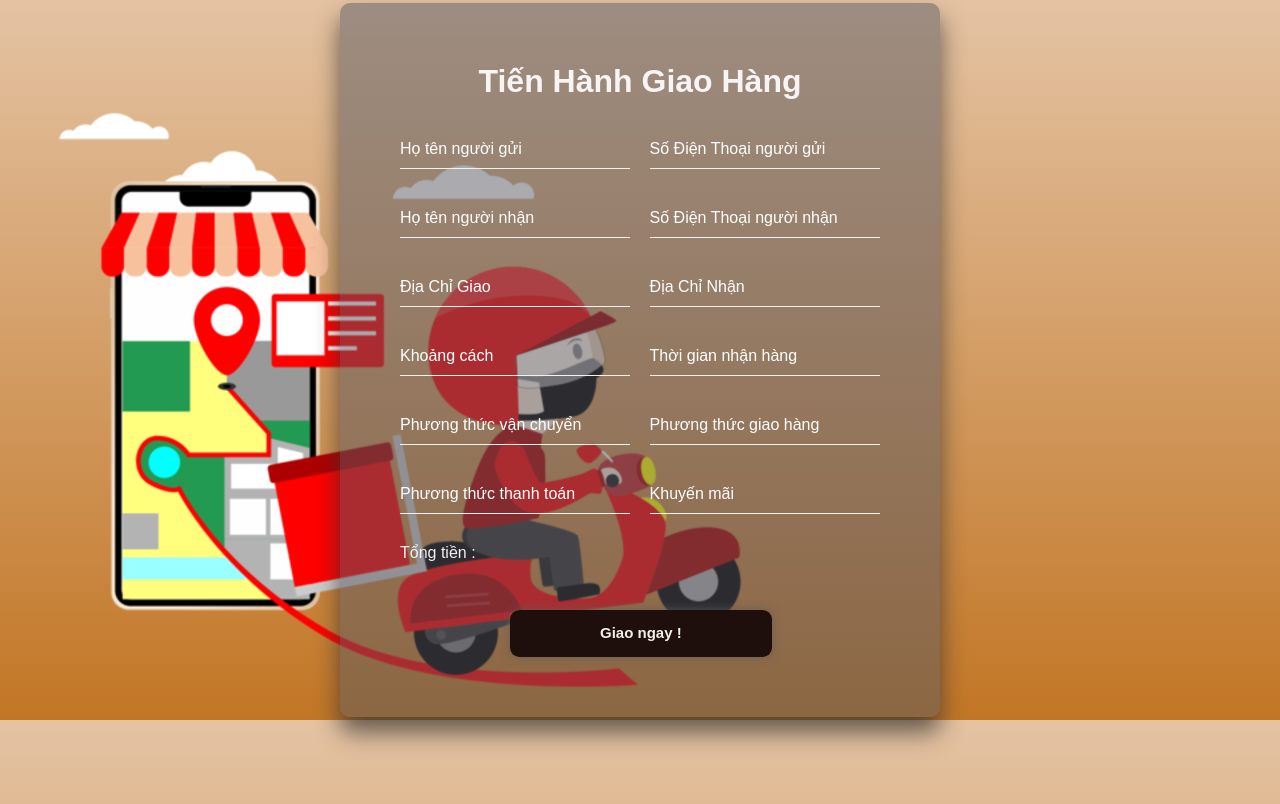
Repository: Pnguyen285/Demo
Page: Giao diện/index.html
These files come from the project's save history. The page is drawn as it stood at one moment and after the next save; the edit follows.
The browser window is 1280 px wide. The pictures show the whole page.

Above is the page before, as saved 2023-07-30 11:39:14.

After the next save:
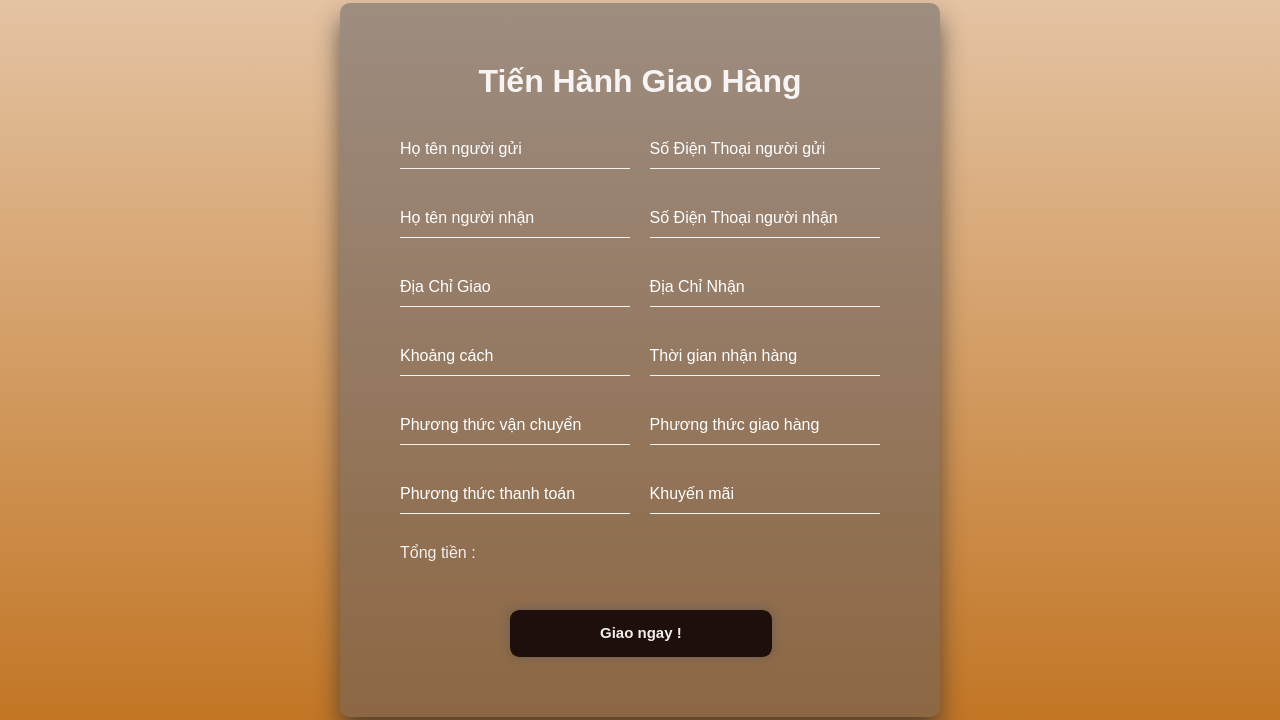
Not found: Giao diện/delivery (1).png
Saved 3 min 2 s later.
--- a/Giao diện/index.html
+++ b/Giao diện/index.html
@@ -5,7 +5,7 @@
   <meta name="viewport" content="width=device-width, initial-scale=1.0">
   <title>Document</title>
   <link rel="stylesheet" type="" href="style.css">
-  <img src="delivery.png" alt="">
+  <img src="delivery (1).png" alt="">
 </head>
 <body>
   <div class="login-box">

After the 3 saves that followed:
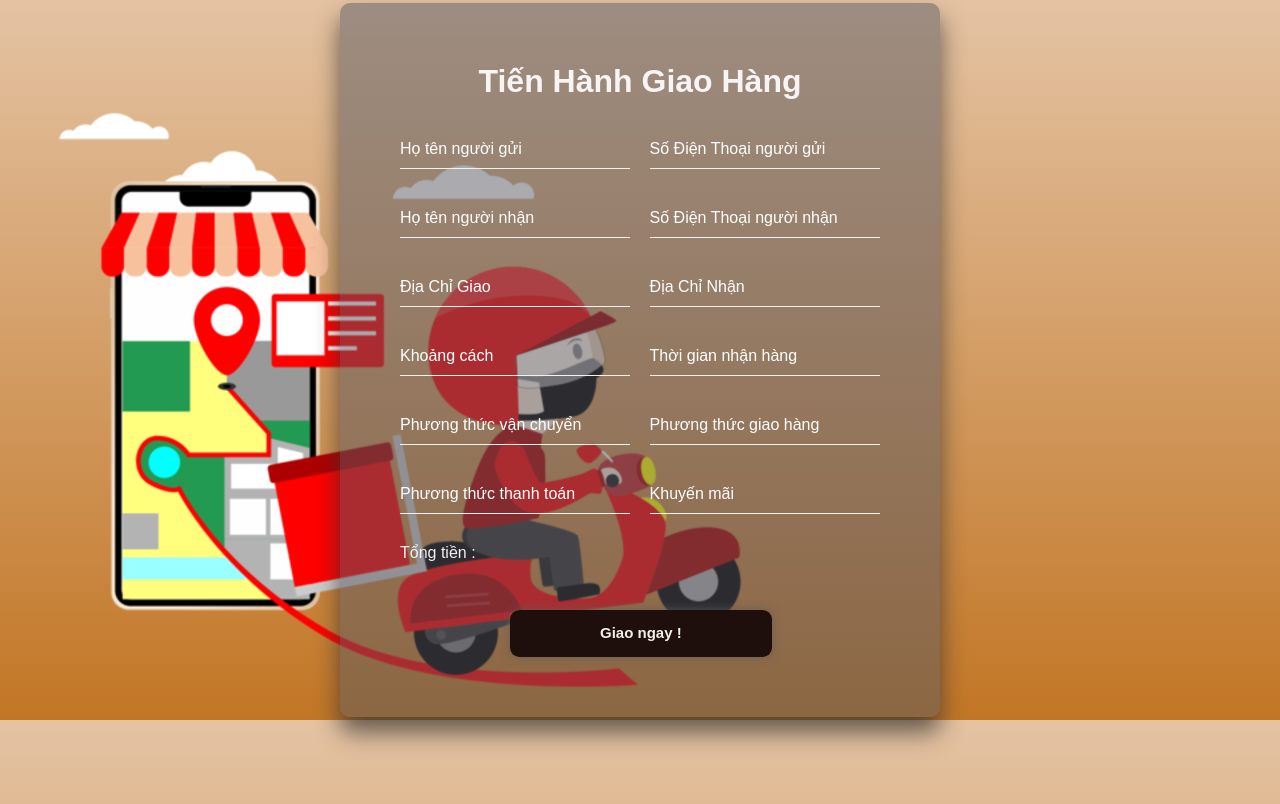
The 3 saves are shown as one change because 2 left the picture as it was.
The last was saved 3 min 4 s later.
--- a/Giao diện/index.html
+++ b/Giao diện/index.html
@@ -5,7 +5,7 @@
   <meta name="viewport" content="width=device-width, initial-scale=1.0">
   <title>Document</title>
   <link rel="stylesheet" type="" href="style.css">
-  <img src="delivery (1).png" alt="">
+  <img src="delivery.png" alt="">
 </head>
 <body>
   <div class="login-box">
